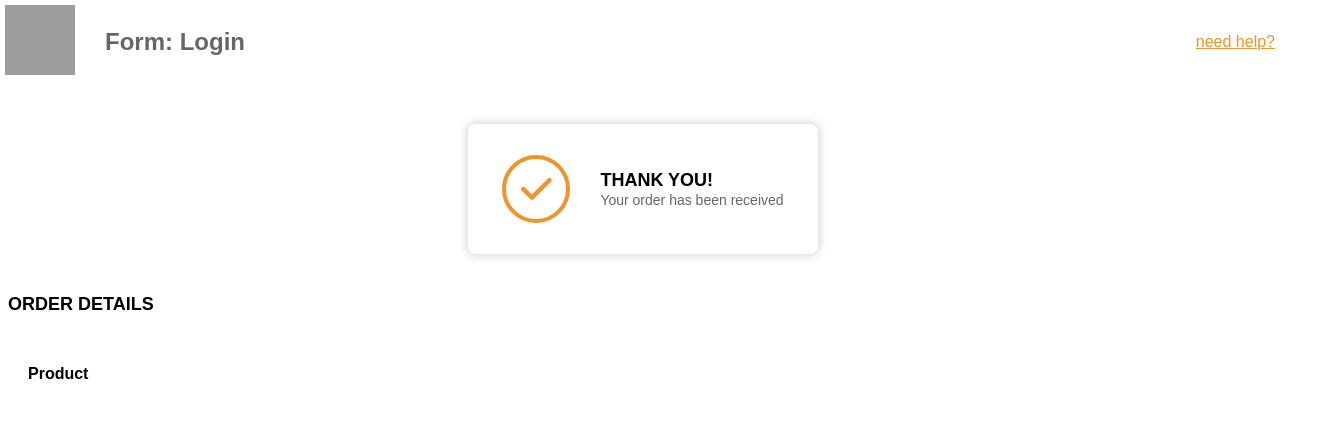
Repository: NguyenDucHung20002/project-homev1
Page: checkout/checkout.html
These files come from the project's save history. The page is drawn as it stood at one moment and after the next save; the edit follows.
The browser window is 1280 px wide. The page is 1318 px wide, then 1320 px, so the pictures cover 1320 px, including what lies to the right of the window. The pictures show the whole page.
Pictures or frames that could not be fetched are drawn as grey boxes. The style sheet was rebuilt from its Sass, Less or Tailwind sources for each picture, by a compiler version that may differ from the author's.

Above is the page before, as saved 2022-09-20 10:09:50.

After the next save:
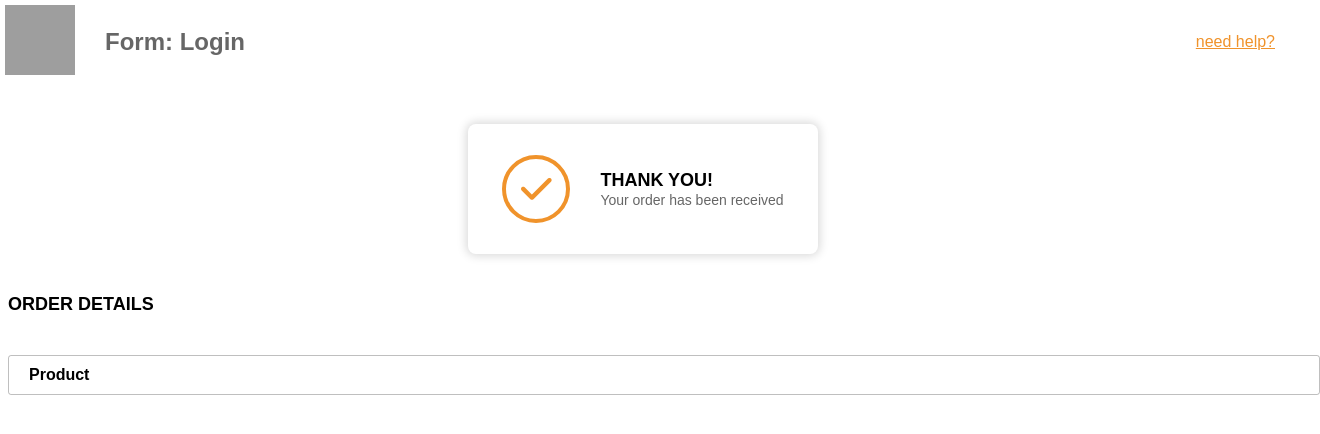
Saved 73 s later.
--- a/checkout/checkout.scss
+++ b/checkout/checkout.scss
@@ -91,6 +91,7 @@ header {
       width: 100%;
       border-radius: 3px;
       padding: 10px 20px;
+      border: 0.5px solid rgba(0, 0, 0, 0.25);
     }
   }
 }
